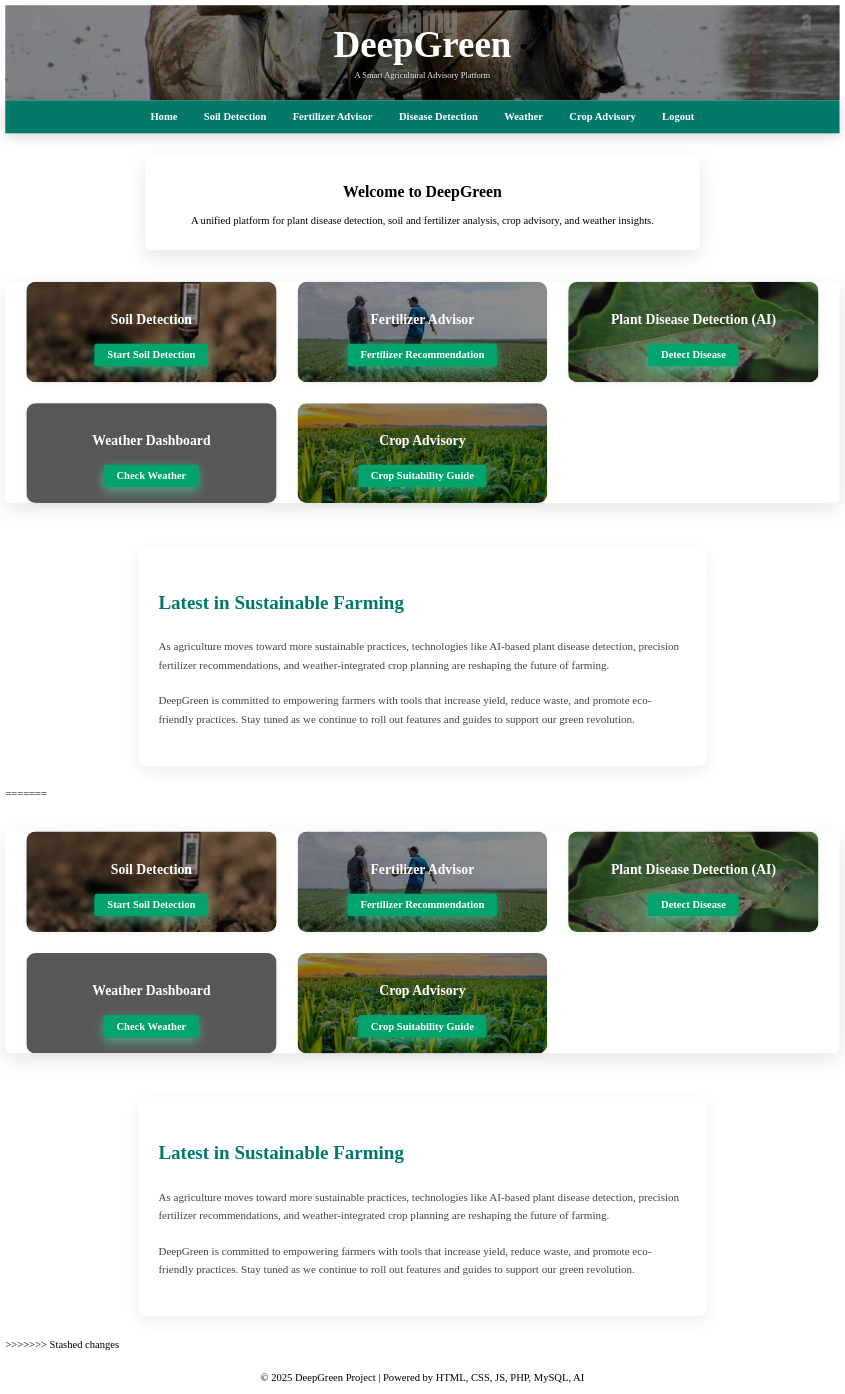
Repository: VanojReddySingam/Deepgreen
Page: http://localhost/
An editor plug-in stored every save of this project. The page is shown before and after the next save, followed by the edit.
The browser window is 1280 px wide. The pictures show the whole page, at 66% of full size.
Pictures or frames that could not be fetched are drawn as grey boxes. The page is run by PHP 8.4 with error messages shown; the project is at /var/www/html/.

Above is the page before, as saved 2025-09-06 20:39:36.

After the next save:
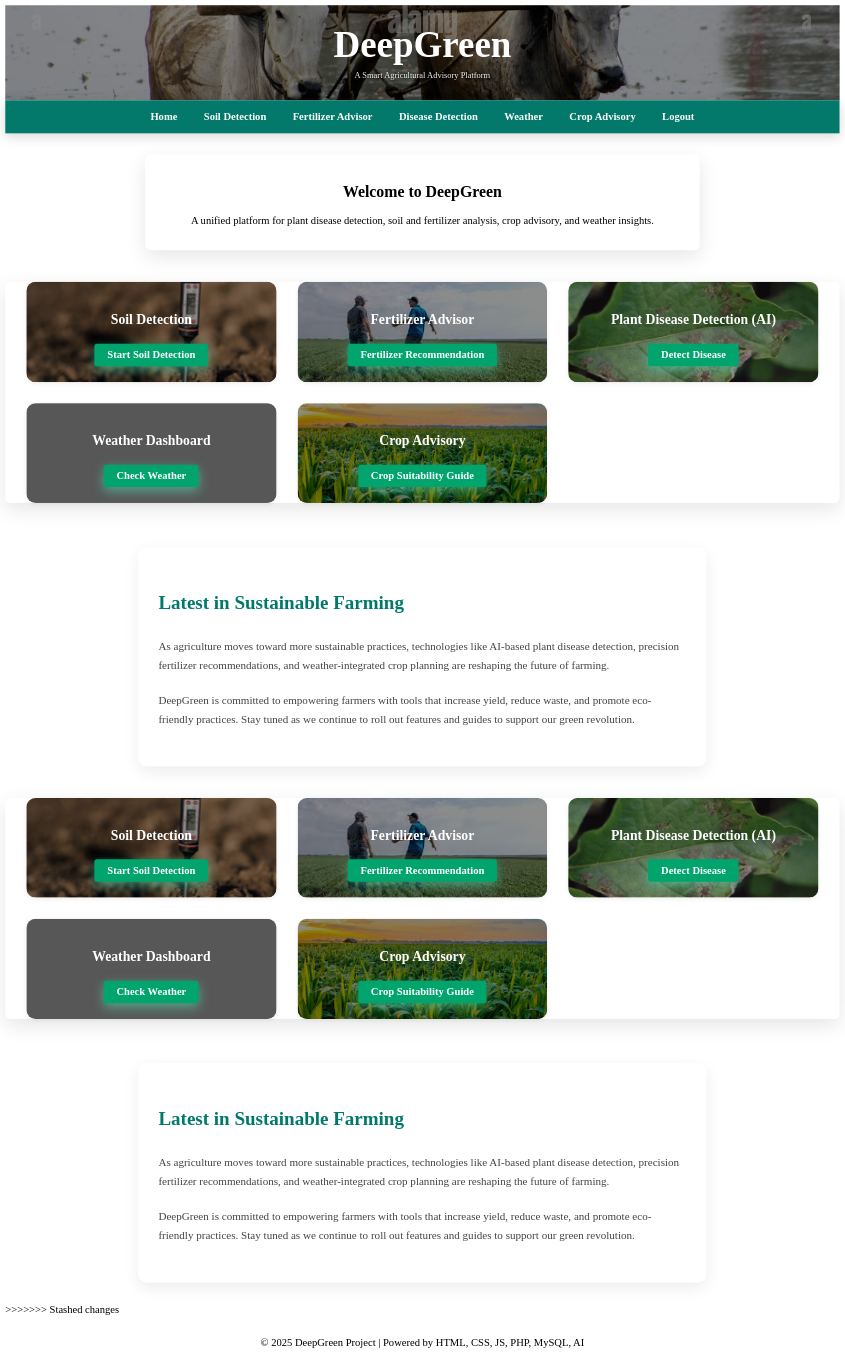
Saved 7 s later.
--- a/index.php
+++ b/index.php
@@ -84,7 +84,6 @@
       Stay tuned as we continue to roll out features and guides to support our green revolution.
     </p>
   </article>
-=======
 <section class="features">
   <div class="feature-grid">
 
